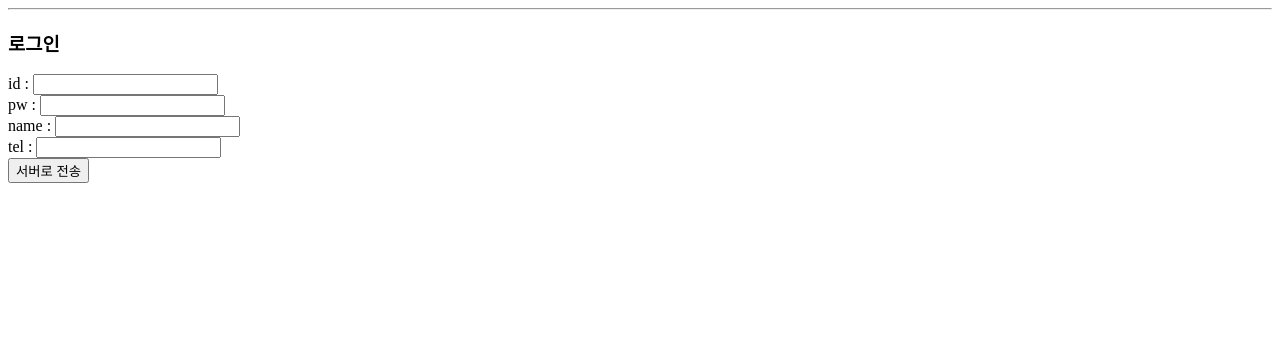
Repository: sds2317884/Spring
Page: http://localhost/spring02/member.jsp
These files come from the project's save history. The page is drawn as it stood at one moment and after the next save; the edit follows.
The browser window is 1280 px wide. The pictures show the whole page.
The page is served by Tomcat 9.

Above is the page before, as saved 2022-11-23 01:43:37.

After the next save:
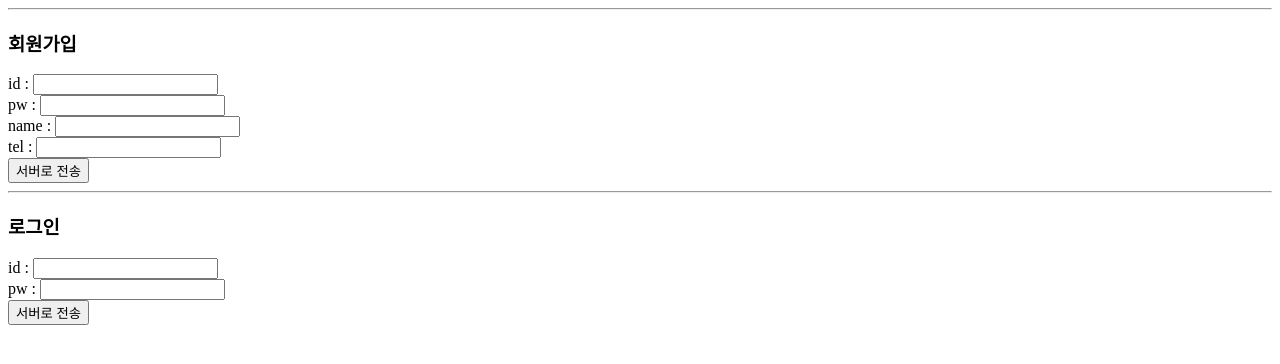
Saved 7 min 31 s later.
--- a/spring02/src/main/webapp/member.jsp
+++ b/spring02/src/main/webapp/member.jsp
@@ -9,7 +9,7 @@
 </head>
 <body>
 <hr>
-<h3>로그인</h3>
+<h3>회원가입</h3>
 <form action="insert.multi">
 	id : <input name="id"> <br>
 	pw : <input name="pw"> <br>
@@ -17,5 +17,12 @@
 	tel : <input name="tel"> <br>
 	<button>서버로 전송</button>
 </form>
+<hr>
+<h3>로그인</h3>
+<form action="insert.multi">
+	id : <input name="id"> <br>
+	pw : <input name="pw"> <br>
+	<button>서버로 전송</button>
+</form>
 </body>
 </html>
